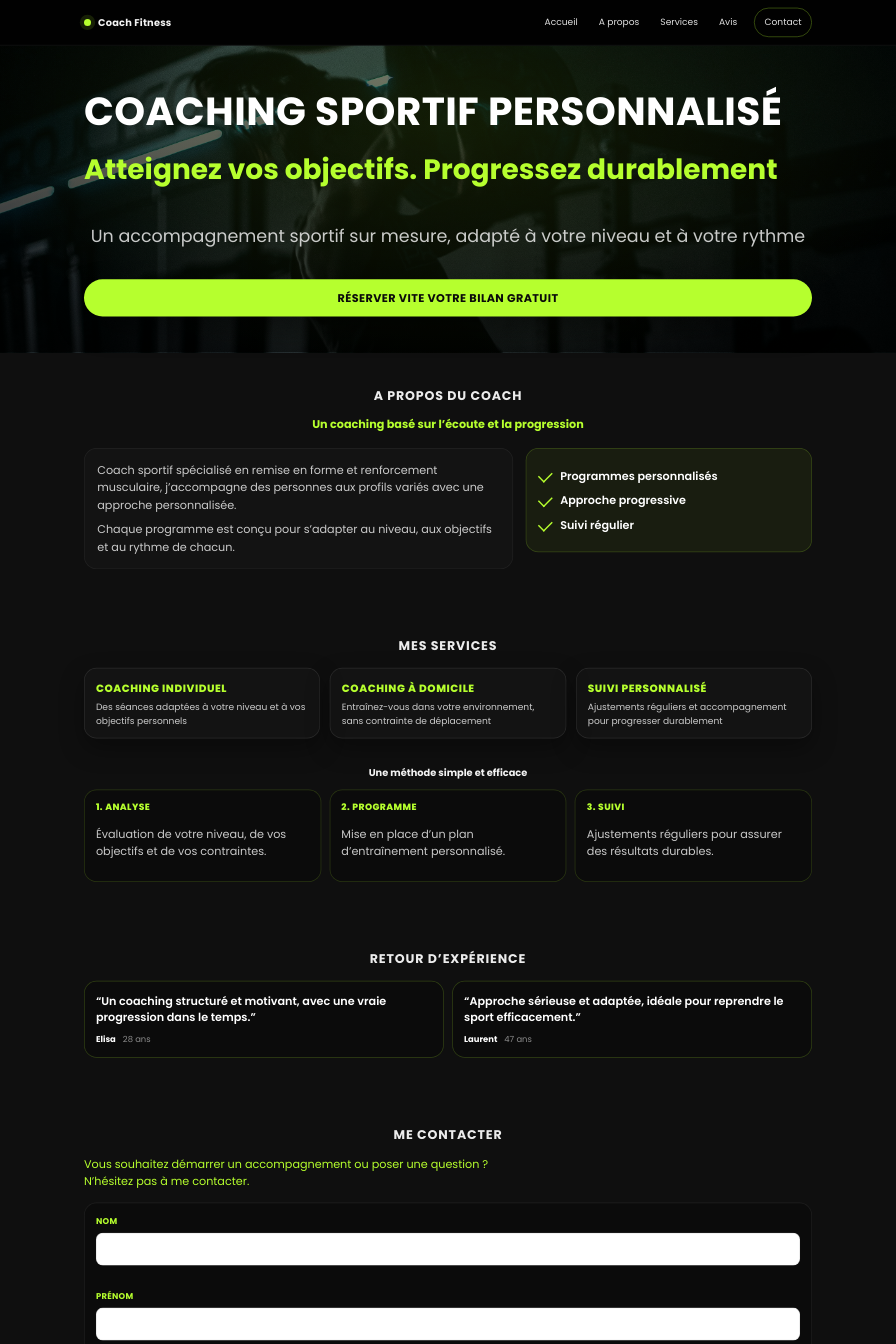
Repository: ThomasHdrd/CoachFitness
Page: index.html
The author's editor kept a copy of each file at every save. The page is drawn from the files as they stood at one save, then again after the next save.
The browser window is 1280 px wide. The pictures show the part of the page from y = 0 to 1920 px (the page is 2908 px tall before and 2918 px after), at 70% of full size.

Above is the page before, as saved 2026-01-20 22:03:12.

After the next save:
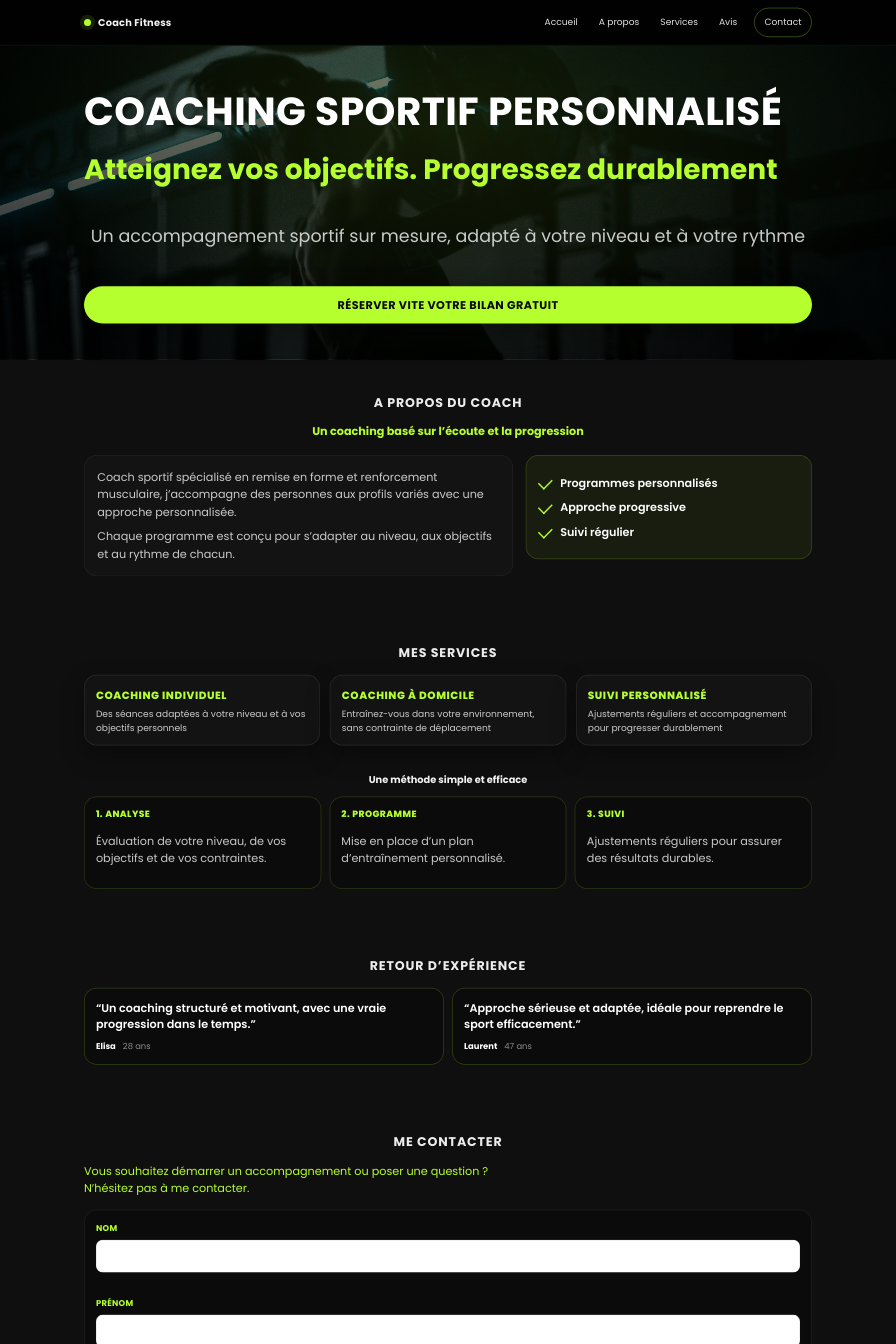
Saved 4 s later.
--- a/styles.css
+++ b/styles.css
@@ -170,7 +170,7 @@ body{
   color: var(--muted);
   font-size: 25px;
   line-height: 1.55;
-  padding-bottom: 20px;
+  padding-bottom: 30px;
 }
 
 /* Buttons */
